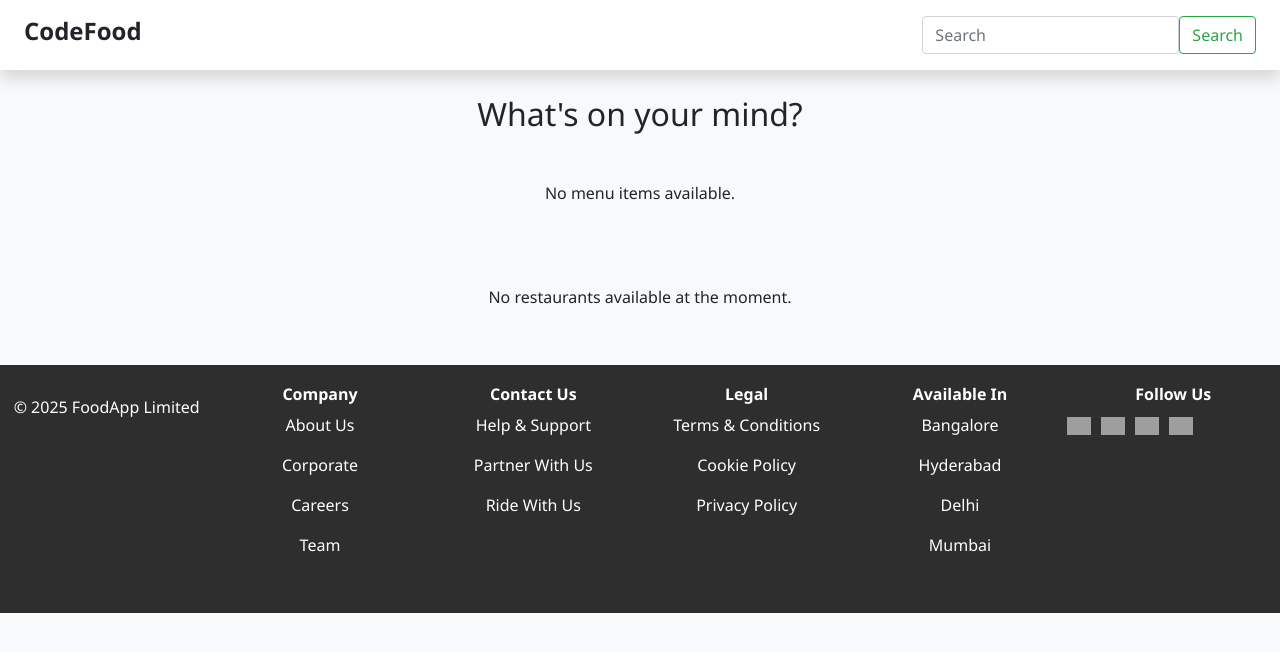
Repository: Rupeswarbhainsa777/Food-Web-App
Page: http://localhost/TapFoodApp/resturent.jsp
The author's editor kept a copy of each file at every save. The page is drawn from the files as they stood at one save, then again after a run of saves.
The browser window is 1280 px wide. The pictures show the whole page.
Pictures or frames that could not be fetched are drawn as grey boxes. The page is served by Tomcat 10. Nobody is signed in. The application's start-up code is not run. Queries for data that is not in the repository find no rows.

Above is the page before, as saved 2025-05-03 14:41:35.

After the next 2 saves:
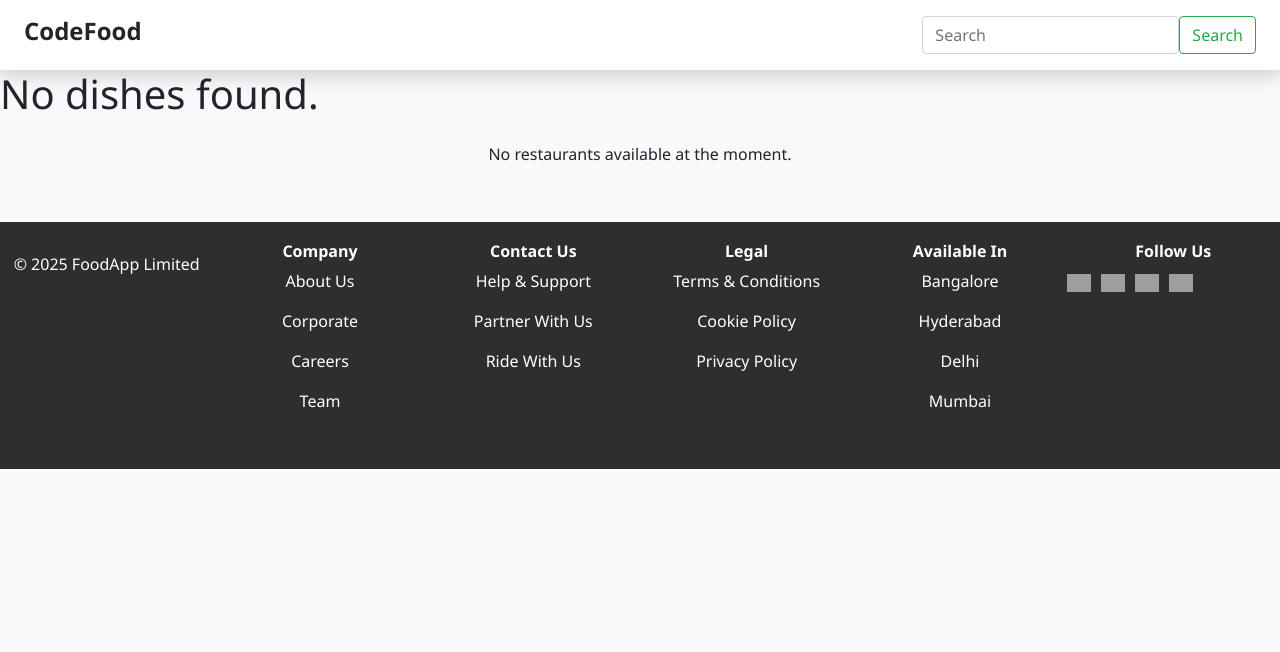
The 2 saves are shown as one change because 1 did not build or start.
The last was saved 6 min 42 s later.
--- a/TapFoodApp/src/main/webapp/resturent.jsp
+++ b/TapFoodApp/src/main/webapp/resturent.jsp
@@ -10,7 +10,11 @@
 User user = (User) session.getAttribute("user1");
 List<Restaurant> restaurants = (List<Restaurant>) session.getAttribute("restaurant");
 DishDAOImp dishDAO = new DishDAOImp();
-Dish specialDish = dishDAO.getSpecialDish();
+
+
+List<Dish> menuList = dishDAO.getAllDishes();
+
+
 %>
 <!DOCTYPE html>
 <html lang="en">
@@ -168,27 +172,42 @@ body {
 
 	</header>
 
-<h1 class="heading">What's on your mind?</h1>
-<div class="grid-container">
+
+<div class="swiper-container">
+    <div class="swiper-wrapper">
         <%
-        List<Dish> obj = (List<Dish>) session.getAttribute("dishlist");
-        if (obj != null) {
-            List<Dish> menuList = obj;
-            for (Dish item : menuList)  {
+            if (menuList != null && !menuList.isEmpty()) {
+                for (Dish dish : menuList) {
         %>
-            <div class="grid-item">
-                <img src="<%= item.getImagePath() %>" alt="<%= item.getName() %>">
-                <div class="item-name"><%= item.getName() %></div>
+        <div class="swiper-slide">
+            <div class="card1">
+                <div class="text1">
+                    <h3>Special Dish</h3>
+                    <h1><%= dish.getName() %></h1>
+                    <p><%= dish.getDescription() %></p>
+                    <button>Order Now</button>
+                </div>
+                <div class="image1">
+                    <img src="<%= dish.getImagePath() %>" alt="<%= dish.getName() %> Image">
+                </div>
             </div>
+        </div>
         <%
                 }
             } else {
         %>
-            <p style="text-align:center; grid-column: 1 / -1;">No menu items available.</p>
+        <div class="swiper-slide">
+            <div class="card1">
+                <h1>No dishes found.</h1>
+            </div>
+        </div>
         <%
             }
         %>
     </div>
+    <!-- Pagination Dots -->
+    <div class="swiper-pagination"></div>
+</div>
 
 
 	<!-- Restaurant Cards -->
